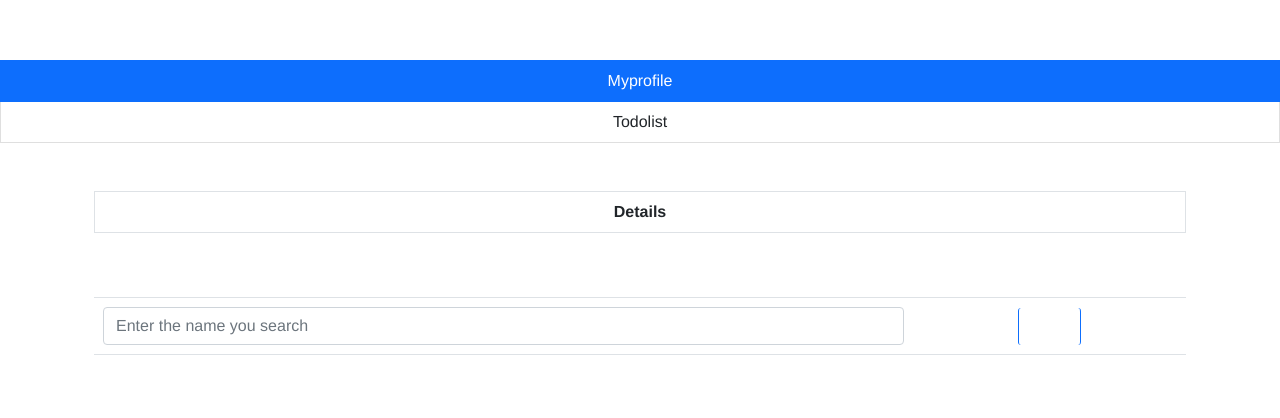
Repository: Shanshan67/todolist
Page: /#/profile
The author's editor kept a copy of each file at every save. The page is drawn from the files as they stood at one save, then again after the next save.
The browser window is 1280 px wide. The pictures show the whole page.
The project was rebuilt for these pictures with package versions that can differ from the ones it lists, and the page was loaded fresh each time. Also part of the build but not shown: src/components/Dashboard.vue, src/components/Todolist.vue.

Above is the page before, as saved 2022-07-16 00:27:24.

### index.html
<!DOCTYPE html>
<html>
  <head>
    <meta charset="utf-8">
    <meta name="viewport" content="width=device-width,initial-scale=1.0">
    <title>baoge</title>
  </head>
  <body>
    <div id="app"></div>
    <!-- built files will be auto injected -->
  </body>
</html>

### src/main.js
// The Vue build version to load with the `import` command
// (runtime-only or standalone) has been set in webpack.base.conf with an alias.
import Vue from 'vue'
import App from './App'
import router from './router'
import store from './store'
import "bootstrap/dist/css/bootstrap.min.css"

Vue.config.productionTip = false

/* eslint-disable no-new */
new Vue({
  el: '#app',
  router,
  store,
  components: { App },
  template: '<App/>'
})

### src/App.vue
<template>
  <div id="app">
    <div>
      <router-link class="list-group-item" active-class="active" to="/profile">Myprofile</router-link>
      <router-link class="list-group-item" active-class="active" to="/todolist">Todolist</router-link>
    </div>
    <div>
      <router-view/>
    </div>
  </div>
</template>

<script>
export default {
  name: 'App'
}
</script>

<style>
#app {
  font-family: 'Avenir', Helvetica, Arial, sans-serif;
  -webkit-font-smoothing: antialiased;
  -moz-osx-font-smoothing: grayscale;
  text-align: center;
  color: #2c3e50;
  margin-top: 60px;
}
</style>

### src/router/index.js
import Vue from 'vue'
import Router from 'vue-router'
import Dashboard from '@/components/Dashboard'
import Myprofile from '../components/Myprofile'
import Todolist from '../components/Todolist'

Vue.use(Router)

export default new Router({
  routes: [
    {
      path: '/',
      name: 'Dashboard',
      component: Dashboard
    },
    {
			path:'/profile',
			component:Myprofile
		},
		{
			path:'/todolist',
			component:Todolist
		}
  ]
})

### src/store/index.js
import Vue from 'vue'
import Vuex from 'vuex'

Vue.use(Vuex)

//准备actions——用于响应组件中的动作
const actions = {
	jiaOdd(context,value){
		console.log('actions中的jiaOdd被调用了')
		if(context.state.sum % 2){
			context.commit('JIA',value)
		}
	},

}
//准备mutations——用于操作数据（state）
const mutations = {

}
//准备state——用于存储数据
const state = {

}
//准备getters——用于将state中的数据进行加工
const getters = {

}

export default new Vuex.Store({
	actions,
	mutations,
	state,
	getters
})

### src/components/Myprofile.vue
<template>
	<div class="container">
		<List/>
		<Search/>
	</div>
</template>

<script>
	import Search from './Search'
	import List from './List'
	export default {
		name:'Myprofile',
		components:{Search,List}
	}
</script>

### src/components/Search.vue
<template>
	<div class="container">
		<div class="row">
			<div class="col-12">
				<table class="table table-bordered mt-5">
					<tfoot>
						<td class="align-middle text-center w-75">
							<div class="form-group">
								<input
									type="text"
									class="form-control"
									placeholder="Enter the name you search"
									v-model="todoItem.name"
								/>
							</div>
						</td>
						<td class="align-middle text-center w-75">
							<button
								class="btn btn-primary btn-sm mx-1"
								@click="handleSearch"
							>
								Search
							</button>
						</td>
					</tfoot>
				</table>
			</div>
		</div>
	</div>
</template>
<script>
    import {mapState,mapGetters,mapMutations,mapActions} from 'vuex'
	import Axios from "axios";
	const todoUrl = "http://localhost:3000/todos";
	export default {
		name:'Myprofile',
		data() {
			return {
				todoList:[],
				todoItem:{},
				editMode:false
			}
		},
		methods: {
			handleEdit(id){
				this.editMode=true;
				this.todoItem=this.todoList.find((item) => item.id == id);
			},
			handleCancel() {
				this.editMode=false;
				this.todoItem="";
			},
			async handleToDoItem(){
				const id=this.todoItem.id;
				if(this.editMode){
					await Axios.put(`${todoUrl}/${id}`, this.todoItem);
					this.editMode=false;
					this.todoItem.name="";
				}else{
					await Axios.post(todoUrl, this.todoItem);
					this.todoItem.name = "";
				}
				Axios.get(todoUrl).then((response) => (this.todoList = response.data));
			},
			async handleDelete(id) {
				await Axios.delete(`${todoUrl}/${id}`);
				Axios.get(todoUrl).then((response) => (this.todoList = response.data));
			}
		}
	}
</script>

### src/components/List.vue
<template>
	<div class="container">
		<div class="row">
			<div class="col-12">
				<table class="table table-bordered mt-5">
					<thead>
						<tr>
							<th>Details</th>
						</tr>
					</thead>
					<tbody v-for="user in users" :key="user.id">
						<tr>
							{{user.server_id}}
						</tr>
                        <tr>
							{{user.description}}
						</tr>
                        <tr>
							{{user.currency}}
						</tr>
                        <tr>
							{{user.type}}
						</tr>
                        <tr>
							{{user.digits}}
						</tr>
                        <tr>
							{{user.trade}}
						</tr>
                        <tr>
							{{user.swap_long}}
						</tr>
                        <tr>
							{{user.swap_short}}
						</tr>
                        <tr>
							{{user.contract_size}}
						</tr>
					</tbody>
				</table>
			</div>
		</div>
	</div>
</template>

<script>
    import {mapState,mapGetters,mapMutations,mapActions} from 'vuex'
	import Axios from "axios";
	const todoUrl = "http://localhost:3000/todos";
	export default {
		name:'Myprofile',
		data() {
			return {
				todoList:[],
				todoItem:{},
				editMode:false
			}
		},
		methods: {
			handleEdit(id){
				this.editMode=true;
				this.todoItem=this.todoList.find((item) => item.id == id);
			},
			handleCancel() {
				this.editMode=false;
				this.todoItem="";
			},
			async handleToDoItem(){
				const id=this.todoItem.id;
				if(this.editMode){
					await Axios.put(`${todoUrl}/${id}`, this.todoItem);
					this.editMode=false;
					this.todoItem.name="";
				}else{
					await Axios.post(todoUrl, this.todoItem);
					this.todoItem.name = "";
				}
				Axios.get(todoUrl).then((response) => (this.todoList = response.data));
			},
			async handleDelete(id) {
				await Axios.delete(`${todoUrl}/${id}`);
				Axios.get(todoUrl).then((response) => (this.todoList = response.data));
			}
		}
	}
</script>

After the next save:
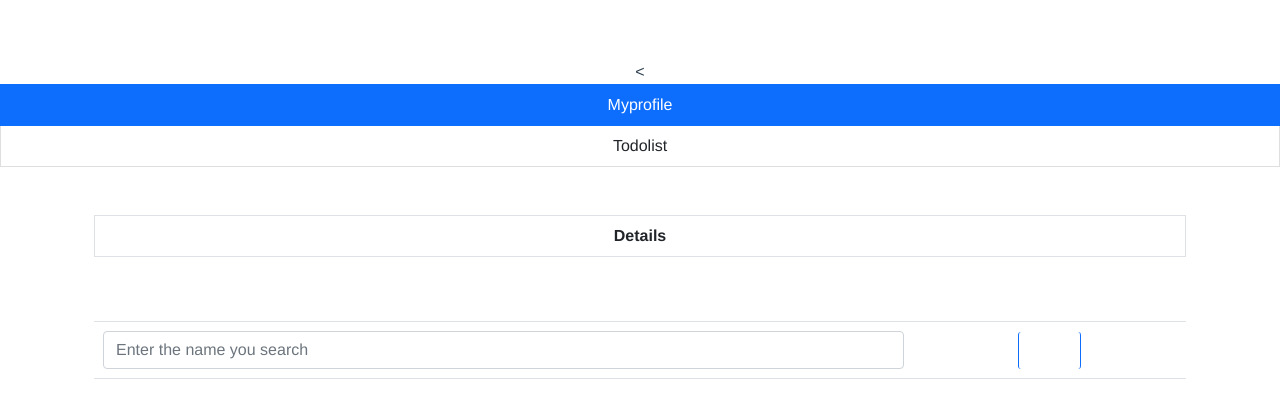
Saved 107 s later.
--- a/src/App.vue
+++ b/src/App.vue
@@ -1,5 +1,6 @@
 <template>
   <div id="app">
+    <
     <div>
       <router-link class="list-group-item" active-class="active" to="/profile">Myprofile</router-link>
       <router-link class="list-group-item" active-class="active" to="/todolist">Todolist</router-link>
